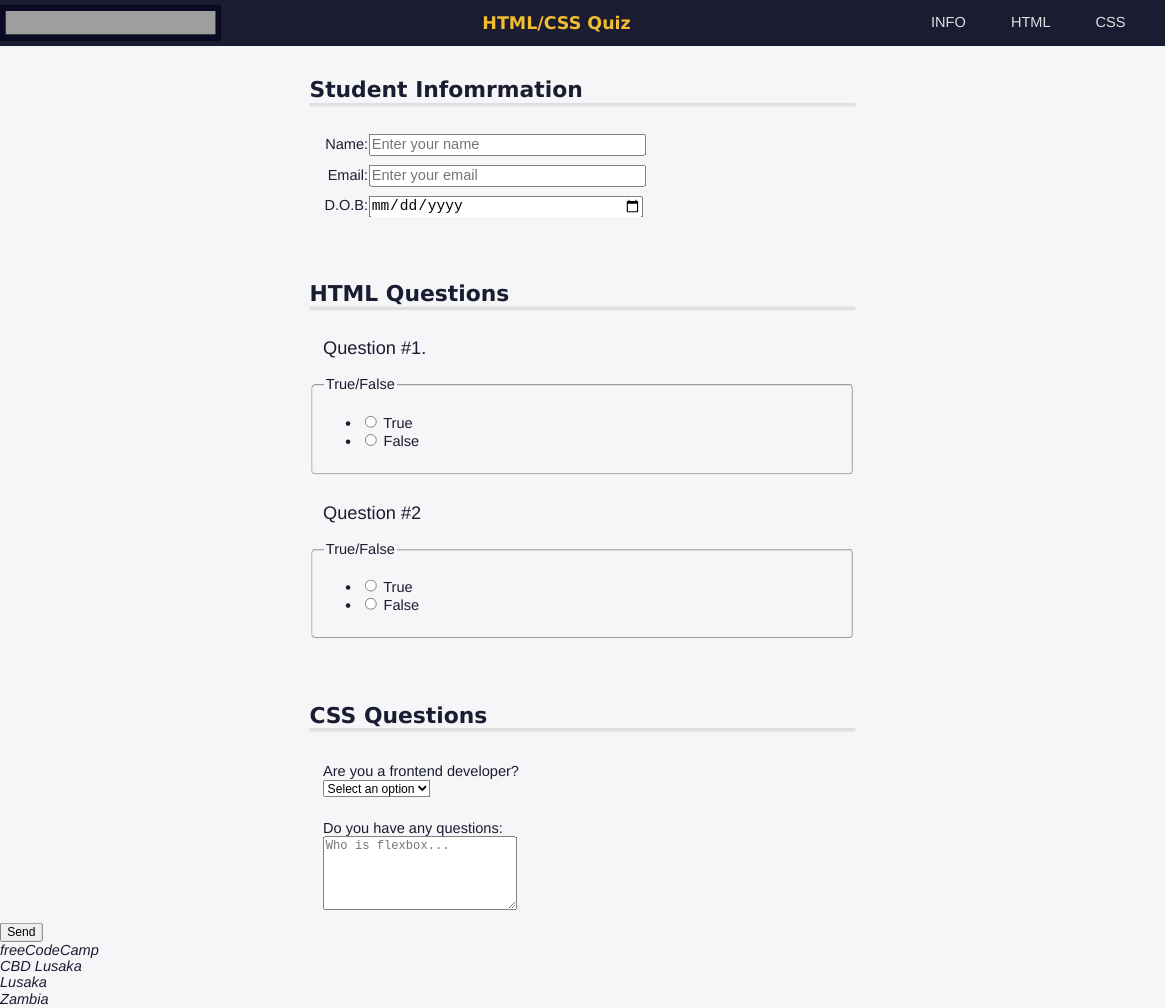
Repository: Lungdjos/accessibility_build_quiz
Page: index.html
The author's editor kept a copy of each file at every save. The page is drawn from the files as they stood at one save, then again after the next save.
The browser window is 1280 px wide. The pictures show the whole page, at 91% of full size.
Pictures or frames that could not be fetched are drawn as grey boxes.

Above is the page before, as saved 2023-10-30 09:31:18.

After the next save:
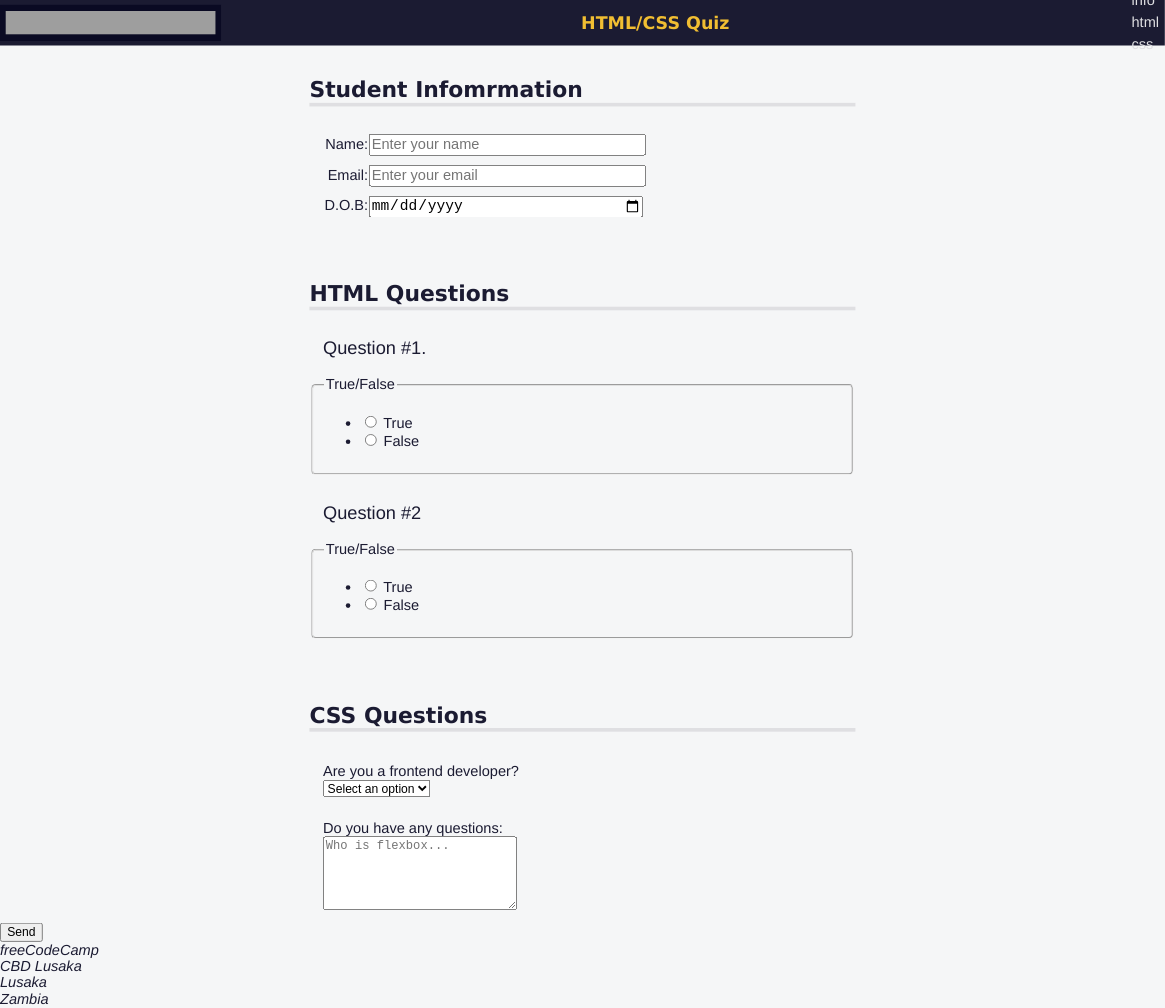
Saved 26 s later.
--- a/styles.css
+++ b/styles.css
@@ -31,23 +31,6 @@
 
 main {
     padding-top: 25px;
-}
-
-nav {
-    width: 50%;
-    max-width: 300px;
-    height: 50px;
-}
-
-nav>ul {
-    display: flex;
-    justify-content: space-evenly;
-    text-transform: uppercase;
-    align-items: center;
-    padding-inline-start: 0;
-    margin-block: 0;
-    height: 100%;
-    flex-wrap: wrap;
 }
 
 h1,

After the save that followed:
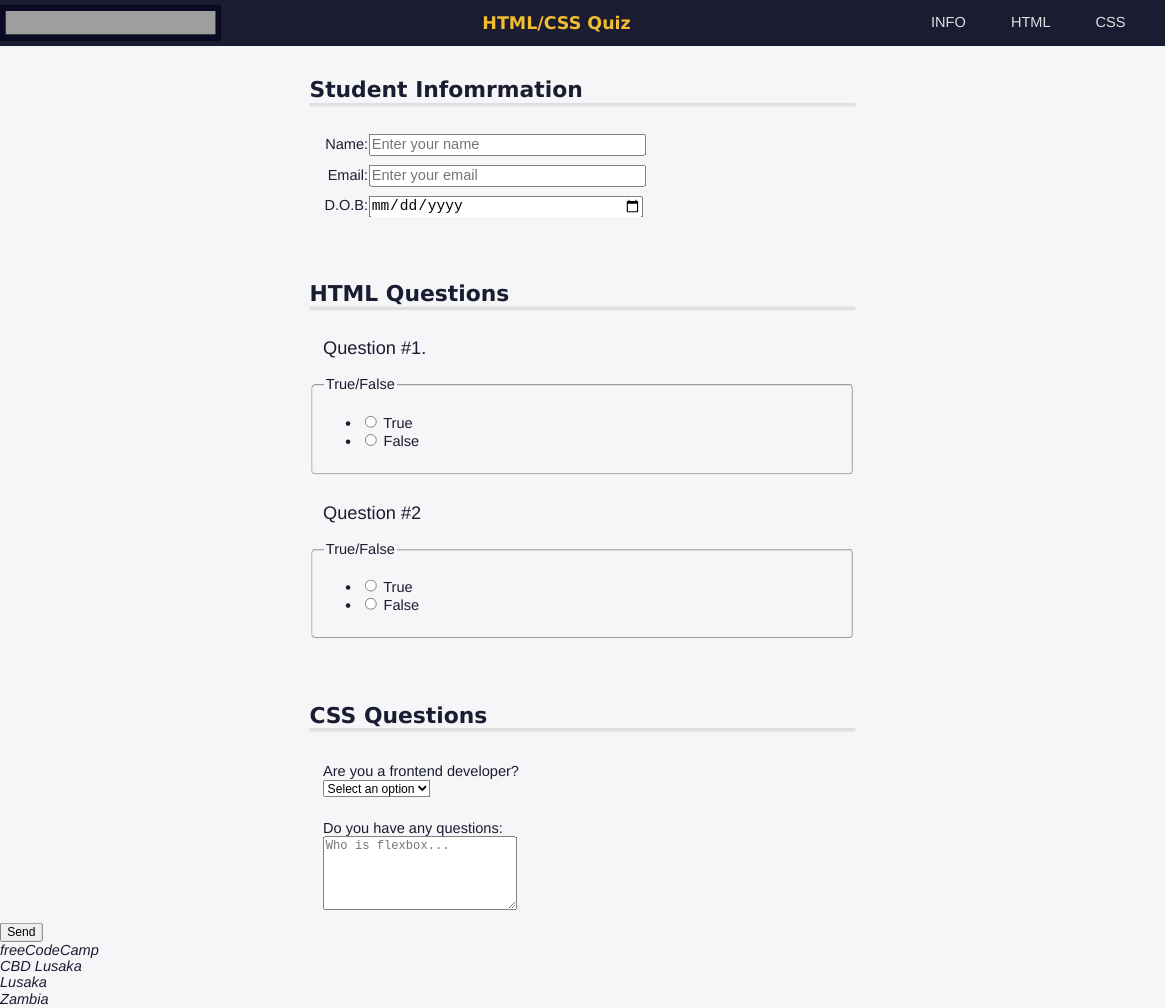
Saved 7 s later.
--- a/styles.css
+++ b/styles.css
@@ -68,6 +68,23 @@
 
 
 /* Nav bar design */
+
+nav {
+    width: 50%;
+    max-width: 300px;
+    height: 50px;
+}
+
+nav>ul {
+    display: flex;
+    justify-content: space-evenly;
+    text-transform: uppercase;
+    align-items: center;
+    padding-inline-start: 0;
+    margin-block: 0;
+    height: 100%;
+    flex-wrap: wrap;
+}
 
 nav li {
     color: #dfdfe2;
